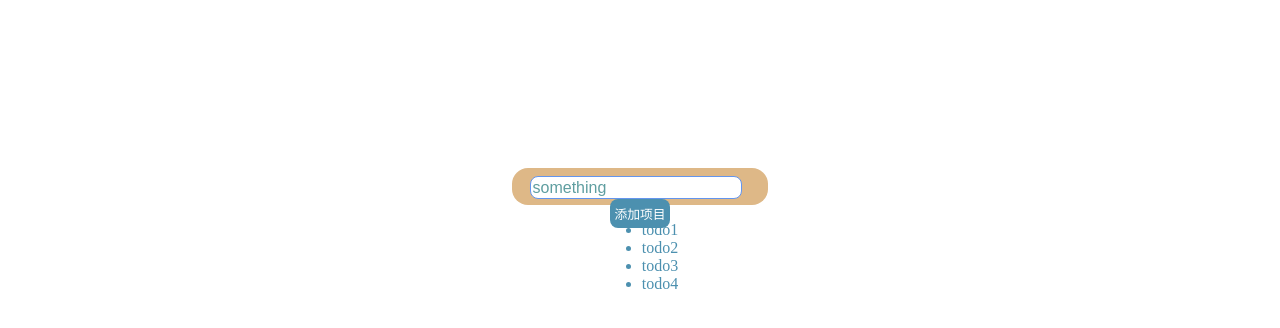
Repository: ArtemisWang/todolistProject
Page: /
The author's editor kept a copy of each file at every save. The page is drawn from the files as they stood at one save, then again after the next save.
The browser window is 1280 px wide. The pictures show the whole page.
The project was rebuilt for these pictures with package versions that can differ from the ones it lists, and the page was loaded fresh each time.

Above is the page before, as saved 2020-02-28 21:54:07.

After the next save:
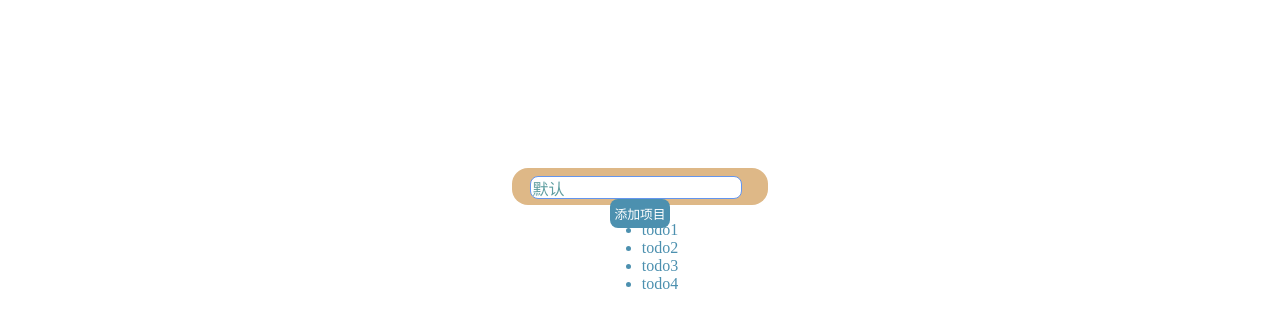
Saved 5 min 0 s later.
--- a/src/App.js
+++ b/src/App.js
@@ -3,7 +3,7 @@ import './App.css'
 const App=function(){
 
     const [list, setList]=useState(['todo1','todo2','todo3','todo4'])
-    const [content, setContent]=useState('something')
+    const [content, setContent]=useState('默认')
 
     function addItem(){
         setList([...list,content])
